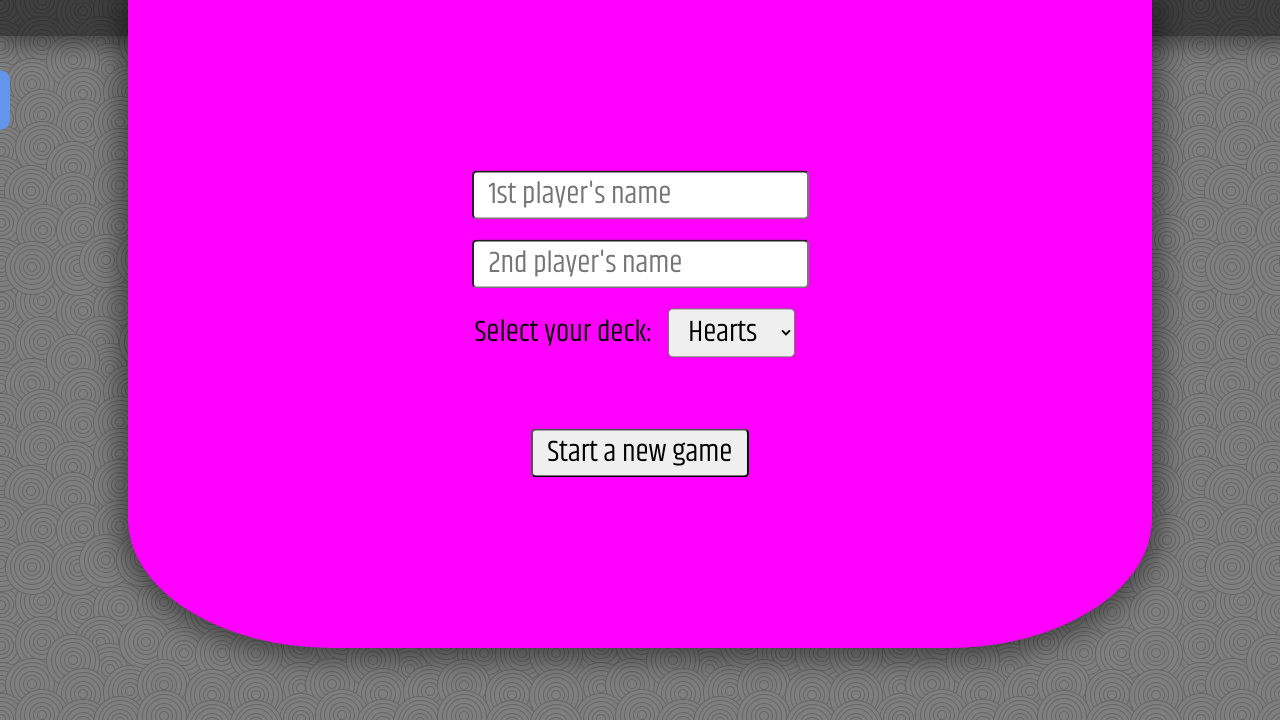
Repository: loragil/memory-game
Page: index.html
The author's editor kept a record of every edit. The page is drawn from the files as they stood at one moment, then again after the next edit.
The browser window is 1280 px wide. The pictures show the whole page.

Above is the page before.
Console error: SyntaxError: Unexpected token ')'

After the next edit:
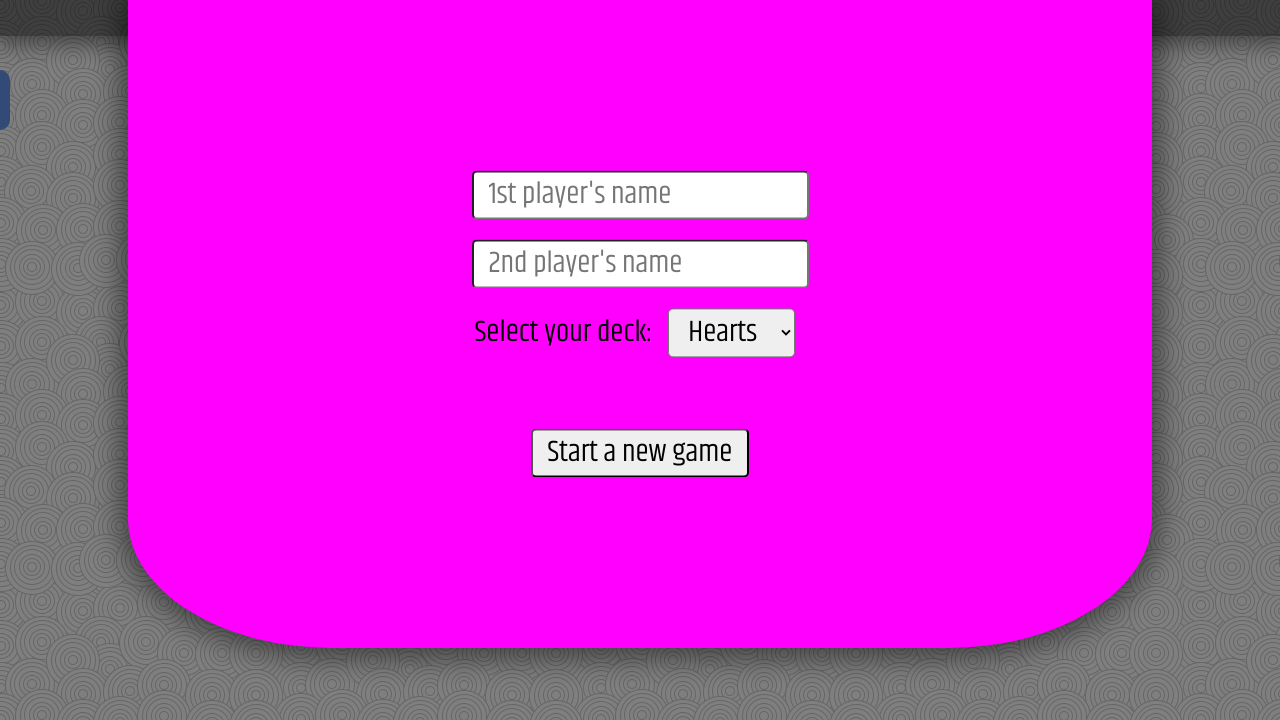
The edit:
--- a/index.html
+++ b/index.html
@@ -18,37 +18,38 @@
     <div id="container">
         <div id="startScreen">
             <div class="wrapper">
-            <div class="content">
-                <div>
-                    <label for="playerAName">
-                        <input type="text" name="playerAName" placeholder="1st player's name" />
-                    </label>
-                </div>
+                <div class="content">
+                    <div>
+                        <label for="playerAName">
+                            <input type="text" name="playerAName" placeholder="1st player's name" />
+                        </label>
+                    </div>
 
-                <div>
-                    <label for="playerBName">
-                        <input type="text" name="playerBName" placeholder="2nd player's name" />
-                    </label>
-                </div>
+                    <div>
+                        <label for="playerBName">
+                            <input type="text" name="playerBName" placeholder="2nd player's name" />
+                        </label>
+                    </div>
 
-                <div>
-                    <label for="selectDeck">
-                        Select your deck:
-                        <select name="selectDeck" id="selectDeck">
-                            <option value="hearts">Hearts</option>
-                            <option value="stars">Stars</option>
-                            <option value="mat">Mat</option>
-                            <option value="arrows">Arrows</option>
-                            <option value="zigzag">Zig Zag</option>
-                        </select>
-                    </label>
+                    <div>
+                        <label for="selectDeck">
+                            Select your deck:
+                            <select name="selectDeck" id="selectDeck">
+                                <option value="hearts">Hearts</option>
+                                <option value="stars">Stars</option>
+                                <option value="mat">Mat</option>
+                                <option value="arrows">Arrows</option>
+                                <option value="zigzag">Zig Zag</option>
+                            </select>
+                        </label>
 
-                    <div class="preview"></div>
-                </div>
+                        <div class="preview"></div>
+                    </div>
 
-                <div>
-                    <input id="startNew" type="button" value="Start a new game" />
-                </div>
+                    <div>
+                        <input id="startNew" type="button" value="Start a new game" />
+                    </div>
+            </div>
             </div>
 
             <div class="eye left"><i><i><i><i><s></s><u></u></i></i>
